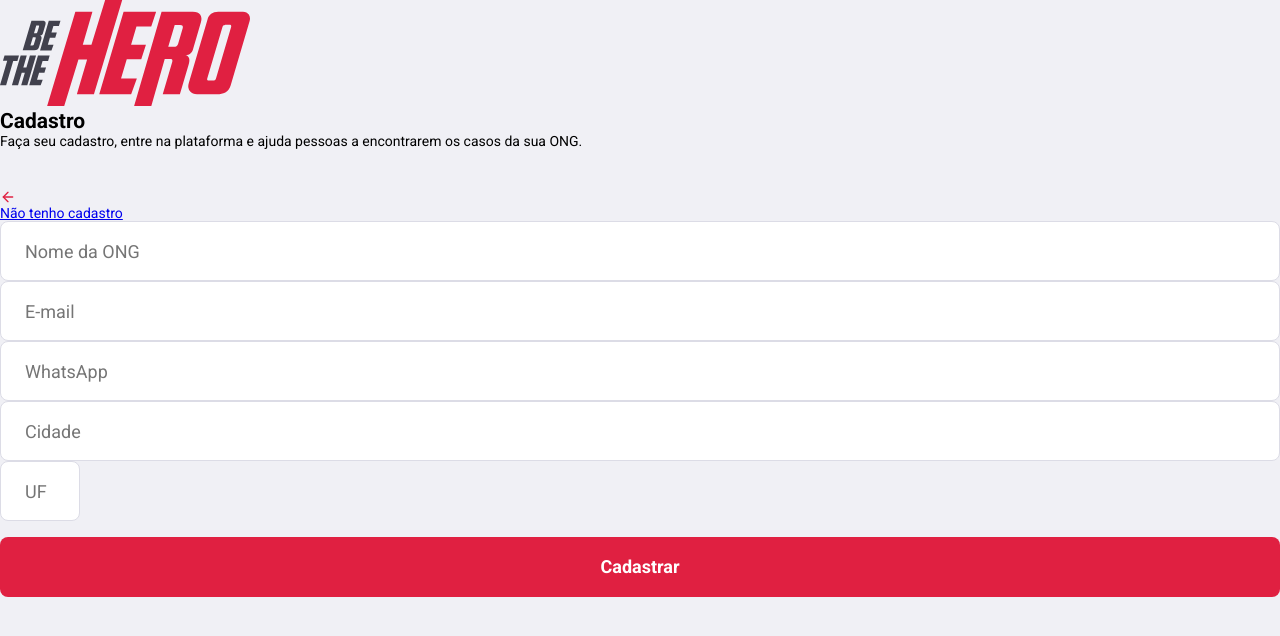
Repository: pedroevangelista/be-the-hero
Page: /register (app in frontend/)
An editor plug-in stored every save of this project. The page is shown before and after the next save, followed by the edit.
The browser window is 1280 px wide. The pictures show the whole page.
The project was rebuilt for these pictures with package versions that can differ from the ones it lists, and the page was loaded fresh each time. Also part of the build but not shown: frontend/src/pages/Logon/styles.css, frontend/src/pages/Logon/index.js, frontend/src/pages/Register/styles.css.

Above is the page before, as saved 2020-03-25 14:11:47.

### frontend/src/App.js
import React from 'react';
import './global.css'
import Routes from './routes';

function App() {

  return (
    <Routes />
  );
}

export default App;

### frontend/src/global.css
@import url('https://fonts.googleapis.com/css?family=Roboto:400,500,700&display=swap');

* {
    margin: 0;
    padding: 0;
    outline: 0;
    box-sizing: border-box;
}

body {
    font: 400 14px Roboto, sans-serif;
    background: #f0f0f5;
    -webkit-font-smoothing: antialiased;
}

input, button, textarea {
    font: 400 18px Roboto, sans-serif;
}

button {
    cursor: pointer
}

form input {
    width: 100%;
    height: 60px;
    color: #333;
    border: 1px solid #dcdce6;
    border-radius: 8px;
    padding: 0 24px;
}

.button {
    width: 100%;
    height: 60px;
    background: #e02041;
    border: 0;
    border-radius: 8px;
    color: #FFF;
    font-weight: 700;
    margin-top: 16px;
    display: inline-block;
    text-align: center;
    text-decoration: none;
    font-size: 18px;
    line-height: 60px;
    transition: filter 0.2s;
}

.button:hover {
    filter: brightness(90%);
}

.back-link {
    display: flex;
    align-items: center;
    margin-top: 40px;
    color: #41414d;
    font-size: 18px;
    text-decoration: none;
    font-weight: 500;
    transition: opacity 0.2s;
}

.logon-container section.form form svg {
    margin-right: 8px;
}

.logon-container section.form form a:hover {
    opacity: 0.8;
}

### frontend/src/routes.js
import React from 'react';
import { BrowserRouter, Route, Switch } from 'react-router-dom';

import Logon from './pages/Logon';
import Register from './pages/Register';

export default function Routes() {
    return (
        <BrowserRouter>
            <Switch>
                <Route path="/" exact component={Logon}></Route>
                <Route path="/register" component={Register}></Route>
            </Switch>
        </BrowserRouter>
    );
}

### frontend/src/pages/Register/index.js
import React from 'react';
import { Link } from 'react-router-dom';
import { FiArrowLeft } from 'react-icons/fi';
import './styles.css'
import logoImg from '../../assets/logo.svg';

export default function Register() {
    return (
        <div className="register-container">
            <div className="content">
                <section>
                    <img src={logoImg} alt="Be The Hero" />

                    <h1>Cadastro</h1>
                    <p>Faça seu cadastro, entre na plataforma e ajuda pessoas a encontrarem os casos da sua ONG.</p>

                    <Link to="/register">
                        <FiArrowLeft className="back-link" size="16" color="#e02041" />
                        Não tenho cadastro
                    </Link>
                </section>

                <form action="">
                    <input placeholder="Nome da ONG" />
                    <input type="email" placeholder="E-mail" />
                    <input placeholder="WhatsApp" />

                    <div className="input-group">
                        <input placeholder="Cidade" />
                        <input placeholder="UF" style={ { width: 80 } } />
                    </div>

                    <button className="button" type="submit">Cadastrar</button>
                </form>
            </div>
        </div>
    );

}

Loaded but not shown: frontend/public/index.html (common file); frontend/src/index.js (common file)

After the next save:
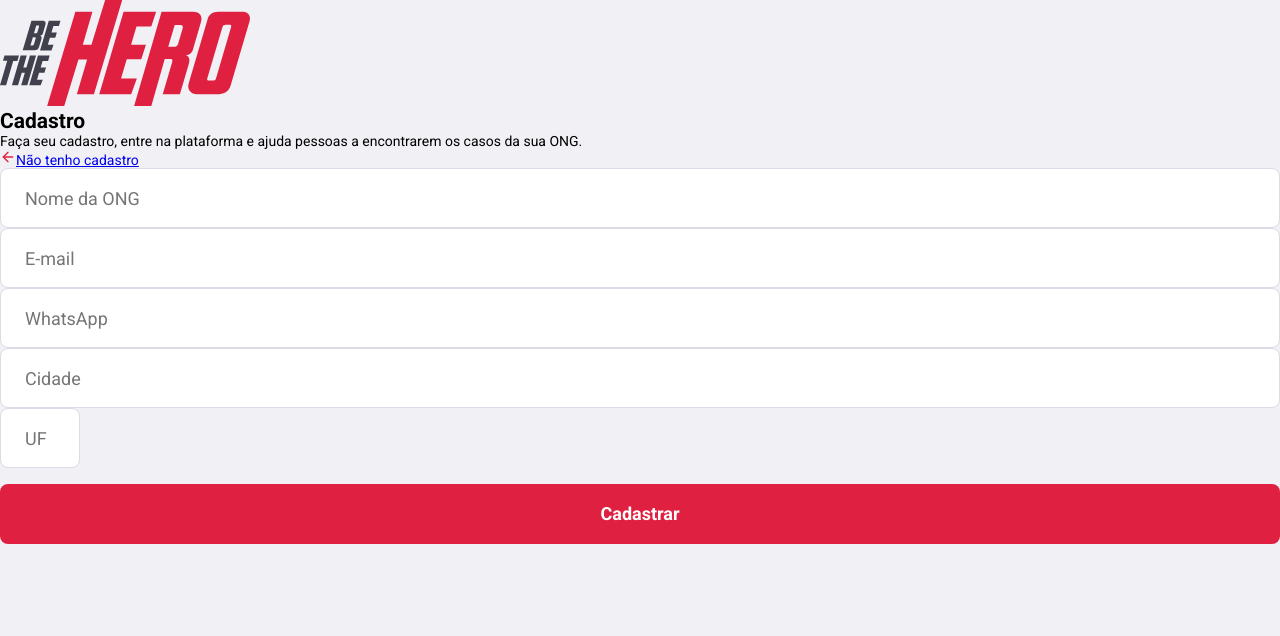
Saved 11 s later.
--- a/frontend/src/global.css
+++ b/frontend/src/global.css
@@ -51,7 +51,7 @@ form input {
     filter: brightness(90%);
 }
 
-.back-link {
+.logon-container section.form form a {
     display: flex;
     align-items: center;
     margin-top: 40px;
